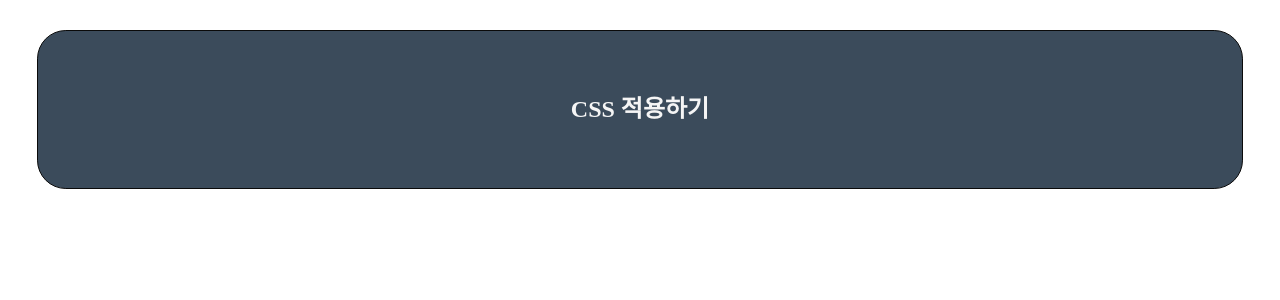
Repository: SeungjaeYu/webstudy
Page: webstudy/14_javascript/ch07_style/test03.html
The author's editor kept a copy of each file at every save. The page is drawn from the files as they stood at one save, then again after a run of saves.
The browser window is 1280 px wide. The pictures show the whole page.
After loading, the first visible `h2` was clicked once.

Above is the page before, as saved 2019-10-01 11:12:10.

After the next 2 saves:
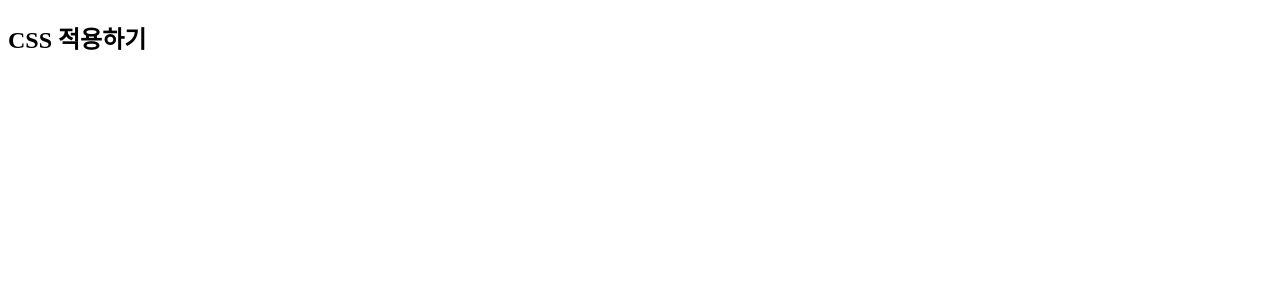
Console error: SyntaxError: Unexpected identifier 'a'
The 2 saves are shown as one change because they came seconds apart.
The last was saved 31 s later.
--- a/webstudy/14_javascript/ch07_style/test03.html
+++ b/webstudy/14_javascript/ch07_style/test03.html
@@ -29,7 +29,7 @@
             let h2Ele = document.querySelector("h2");
             h2Ele.class = "a";  // class 속성은 class가 아닌 className을 이용한다.
             h2Ele.className = "a";
-            h2Ele.className = "a";
+            h2Ele["className = "a";
         };
     </script>
 </body>

After the 2 saves that followed:
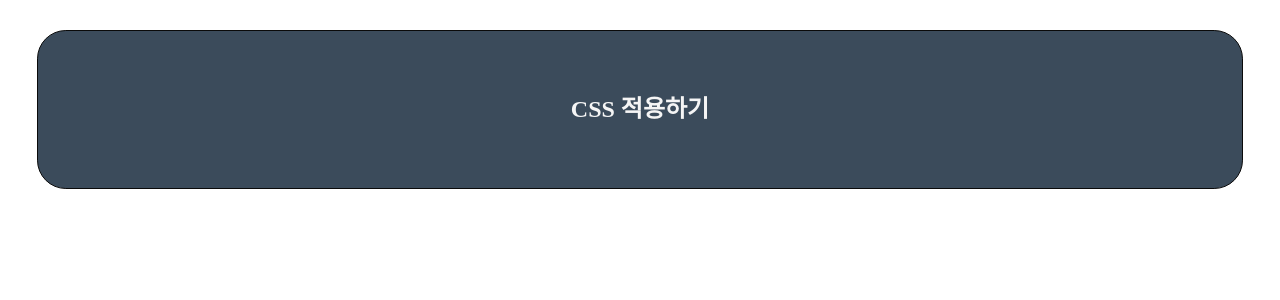
The error is gone.
The 2 saves are shown as one change because they came seconds apart.
The last was saved 7 s later.
--- a/webstudy/14_javascript/ch07_style/test03.html
+++ b/webstudy/14_javascript/ch07_style/test03.html
@@ -29,7 +29,8 @@
             let h2Ele = document.querySelector("h2");
             h2Ele.class = "a";  // class 속성은 class가 아닌 className을 이용한다.
             h2Ele.className = "a";
-            h2Ele["className = "a";
+            h2Ele["className"] = "a";
+            h2Ele["className"] = "a";
         };
     </script>
 </body>
